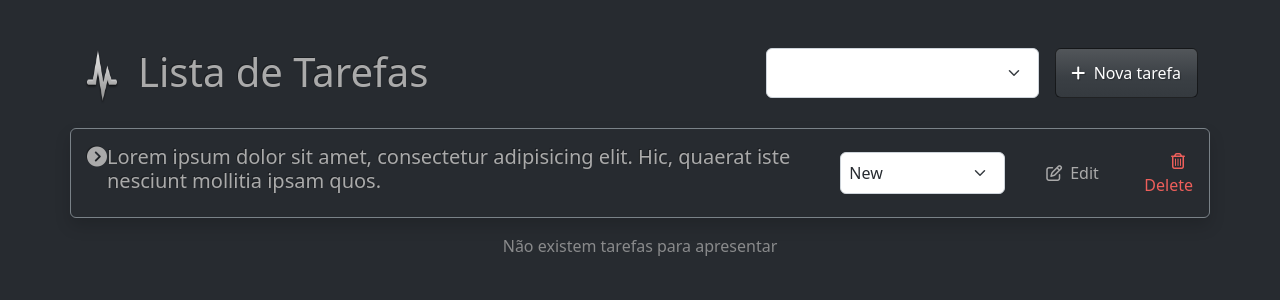
Repository: cargugati/lista_tarefas
Page: frontEnd/index.html
These files come from the project's save history. The page is drawn as it stood at one moment and after a run of saves; the edit follows.
The browser window is 1280 px wide. The pictures show the whole page.

Above is the page before, as saved 2023-03-18 23:00:32.

### frontEnd/index.html
<!DOCTYPE html>
<html lang="pt-br">

<head>
  <meta charset="UTF-8">
  <meta http-equiv="X-UA-Compatible" content="IE=edge">
  <meta name="viewport" content="width=device-width, initial-scale=1.0">
  <title>Lista de Tarefas</title>
  <link rel="stylesheet" href="./assets/css/bootstrap.min.css">
  <link rel="stylesheet" href="./assets/fontawesome/css/all.min.css">
  <link rel="shortcut icon" href="./assets/images/favicon.png" type="image/png">
</head>

<body>
  <div class="container my-5">

    <!-- cabeçalho -->
    <div class="row mb-4">
      <div class="col">
        <div class="d-flex justify-content-start">
          <img src="./assets/images/favicon.png" alt="Logo" class="img-fluid me-3" width="40px">
          <h1>Lista de Tarefas</h1>
        </div>

      </div>
      <div class="col text-end">
        <div class="d-flex justify-content-end">
          <select id="select_filter" class="form-select w-50 p-2 me-3">
            <option value=""></option>
            <option value="1">filtro 1</option>
          </select>
          <a href="new_task.html" class="btn btn-primary"><i class="fa-solid fa-plus me-2"></i>Nova tarefa</a>
        </div>
      </div>
    </div>

    <!-- aspecto visual de uma tarefa -->
    <div class="row mb-3">
      <div class="col-12 border border-secondary rounded p-3 shadow">
        <div class="row align-items-center">
          <div class="col-8">
            <div class="d-flex align=">
              <h5> <i class="fa-solid fa-circle-chevron-right"></i> </h5>
              <h5>
                Lorem ipsum dolor sit amet, consectetur adipisicing elit. Hic, quaerat iste nesciunt mollitia ipsam
                quos.
              </h5>
            </div>
          </div>
          <div class="col-2">
            <select id="task_status" class="form-select p-2">
              <option value="new">New</option>
              <option value="in progress">In progress</option>
              <option value="canceled">Canceled</option>
              <option value="done">Done</option>
            </select>
          </div>
          <div class="col-1 text-end"><i class="fa-regular fa-pen-to-square me-2"></i>Edit</div>
          <div class="col-1 text-end text-danger"><i class="fa-regular fa-trash-can me-2"></i>Delete</div>
        </div>
      </div>
    </div>


    <!-- sem tarefa -->
    <div class="row " id="no_tasks">
      <div class="col text-center">
        <span class="opacity-75">Não existem tarefas para apresentar</span>
      </div>
    </div>
  </div>


  <script src="./assets/js/bootstrap.bundle.min.js"></script>
</body>

</html>

Loaded but not shown: frontEnd/assets/css/bootstrap.min.css (library); frontEnd/assets/fontawesome/css/all.min.css (library); frontEnd/assets/js/bootstrap.bundle.min.js (library)

After the next 4 saves:
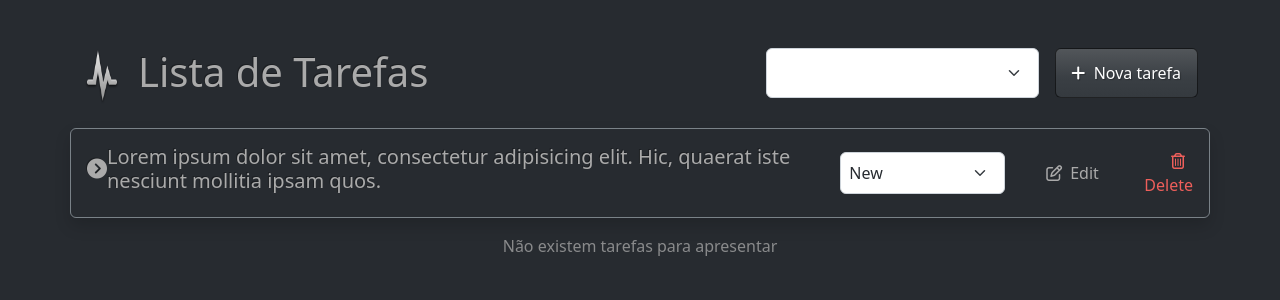
The 4 saves are shown as one change because they came seconds apart.
The last was saved 21 s later.
--- a/frontEnd/index.html
+++ b/frontEnd/index.html
@@ -39,7 +39,7 @@
       <div class="col-12 border border-secondary rounded p-3 shadow">
         <div class="row align-items-center">
           <div class="col-8">
-            <div class="d-flex align=">
+            <div class="d-flex align-items-center">
               <h5> <i class="fa-solid fa-circle-chevron-right"></i> </h5>
               <h5>
                 Lorem ipsum dolor sit amet, consectetur adipisicing elit. Hic, quaerat iste nesciunt mollitia ipsam
